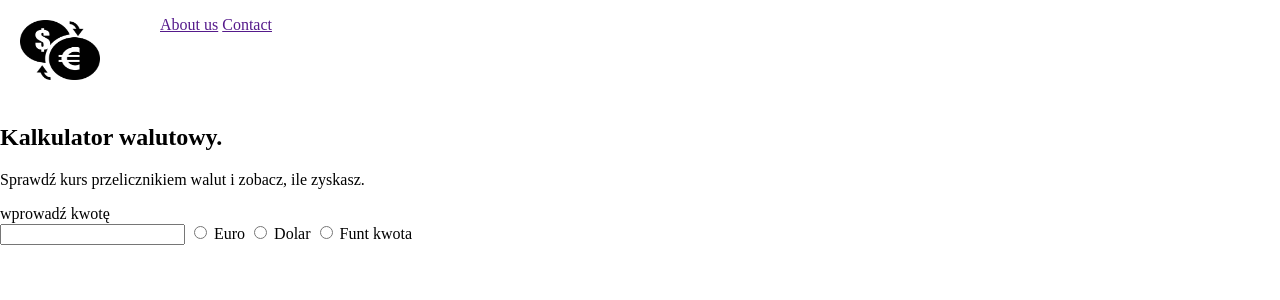
Repository: SebastianArmata22/Kalkulator-walut
Page: index.html
The author's editor kept a copy of each file at every save. The page is drawn from the files as they stood at one save, then again after the next save.
The browser window is 1280 px wide. The pictures show the whole page.

Above is the page before, as saved 2020-10-22 18:58:46.

After the next save:
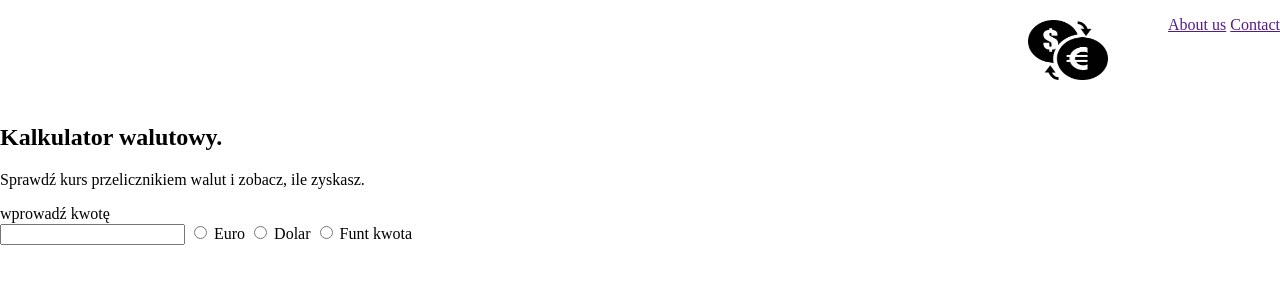
Saved 11 min 59 s later.
--- a/style.css
+++ b/style.css
@@ -8,6 +8,8 @@
 }
 .menu-container{
     display: flex;
+    justify-content: flex-end;
+
 }
 .logo img{
     position: relative;

After the save that followed:
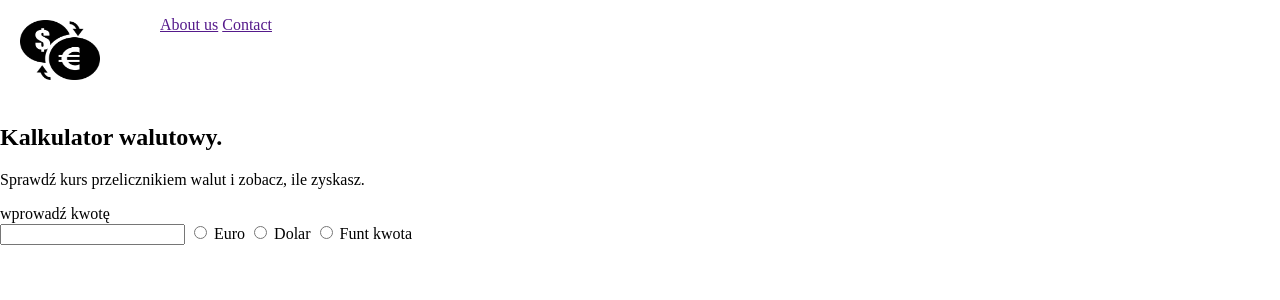
Saved 12 s later.
--- a/style.css
+++ b/style.css
@@ -8,8 +8,6 @@
 }
 .menu-container{
     display: flex;
-    justify-content: flex-end;
-
 }
 .logo img{
     position: relative;
